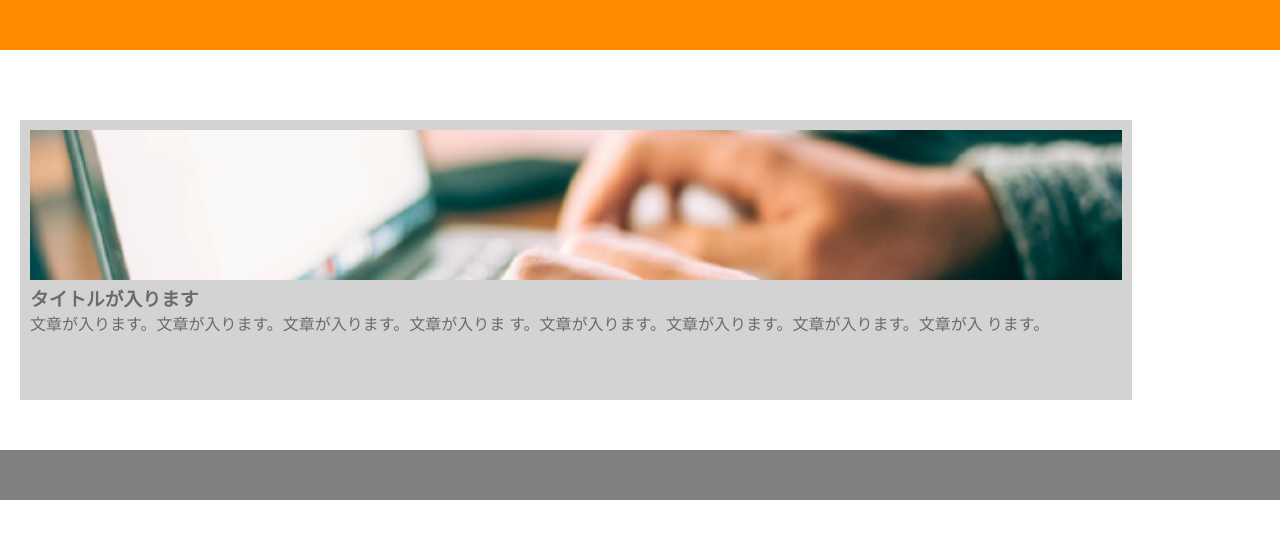
Repository: 220416/kadai1
Page: html/responsive.html
The author's editor kept a record of every edit. The page is drawn from the files as they stood at one moment, then again after the next edit.
The browser window is 1280 px wide. The pictures show the whole page.

Above is the page before.

After the next edit:
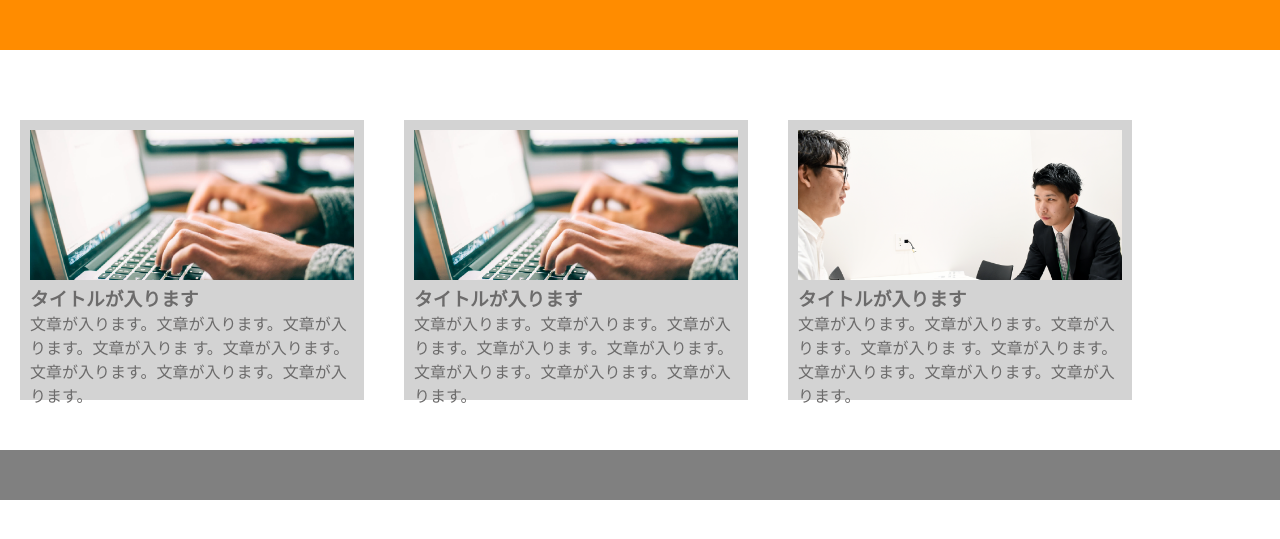
The edit:
--- a/html/responsive.html
+++ b/html/responsive.html
@@ -22,6 +22,26 @@
       </div>
     </div>
 
+    <div class="main-visual">
+      <img class="image" src="img/flow01.png">
+      <div class="main-visual-content">
+        <h3 class ="ain-visual-text">タイトルが入ります</h3>
+        <p class="main-visual-text">文章が入ります。文章が入ります。文章が入ります。文章が入りま
+        す。文章が入ります。文章が入ります。文章が入ります。文章が入
+        ります。</p>
+      </div>
+    </div>
+
+    <div class="main-visual">
+      <img class="image" src="img/flow03.png">
+      <div class="main-visual-content">
+        <h3 class ="ain-visual-text">タイトルが入ります</h3>
+        <p class="main-visual-text">文章が入ります。文章が入ります。文章が入ります。文章が入りま
+        す。文章が入ります。文章が入ります。文章が入ります。文章が入
+        ります。</p>
+      </div>
+    </div>
+
     </main>
 
     <footer></footer>
